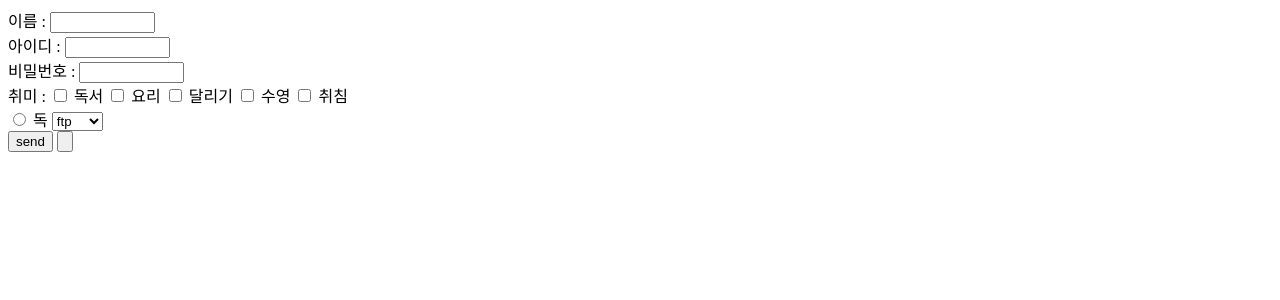
Repository: kimhun456/JSPLearn
Page: HelloWorld/WebContent/form.html
An editor plug-in stored every save of this project. The page is shown before and after the next save, followed by the edit.
The browser window is 1280 px wide. The pictures show the whole page.

Above is the page before, as saved 2015-06-27 12:57:45.

After the next save:
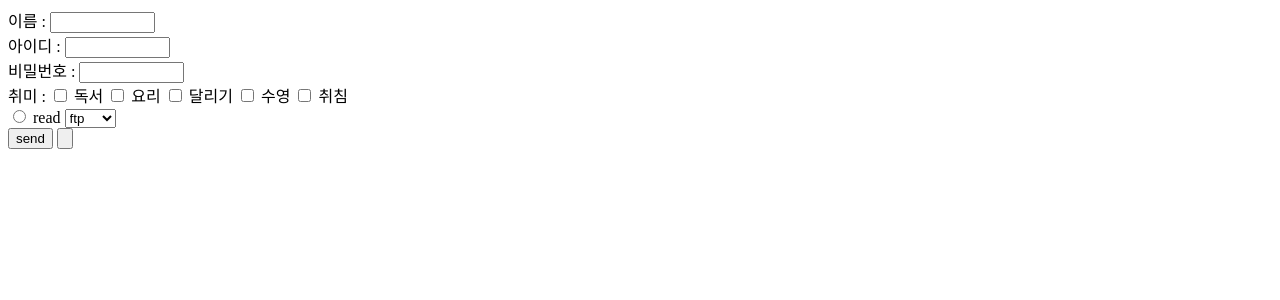
Saved 11 s later.
--- a/HelloWorld/WebContent/form.html
+++ b/HelloWorld/WebContent/form.html
@@ -16,7 +16,7 @@
 		<input type="checkbox" name="hobby" value="swim" > 수영
 		<input type="checkbox" name="hobby" value="sleep" > 취침  <br />
 
-		<input type="radio" name="hobby" value="read"> 독
+		<input type="radio" name="major" value="read"> read
 
 
 
